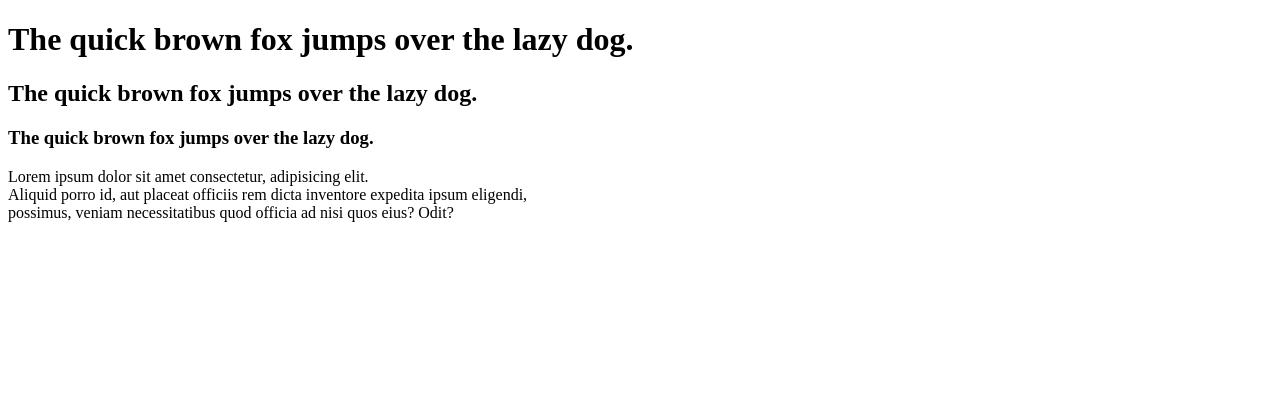
Repository: PhilipMuturi/website
Page: website/index.html
The author's editor kept a copy of each file at every save. The page is drawn from the files as they stood at one save, then again after the next save.
The browser window is 1280 px wide. The pictures show the whole page.

Above is the page before, as saved 2023-11-29 10:42:31.

After the next save:
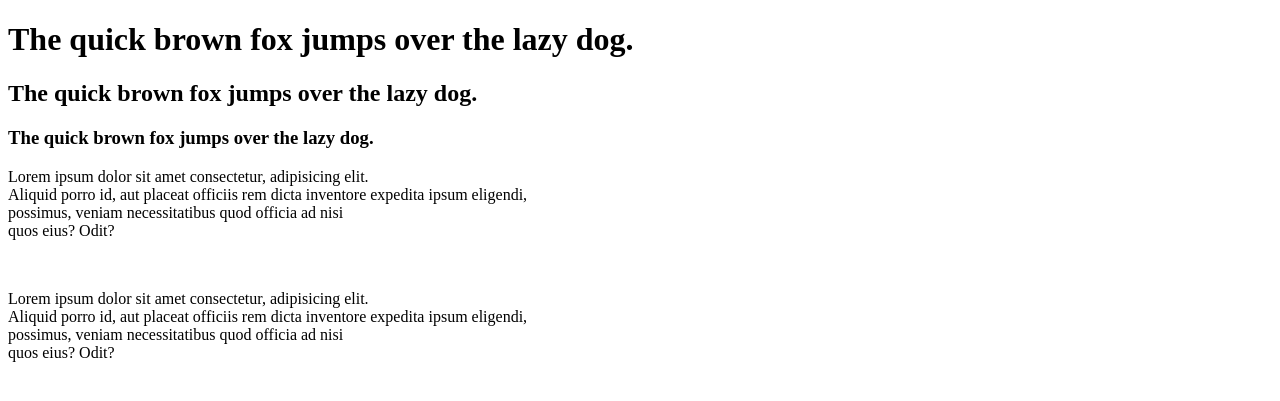
Saved 2 min 27 s later.
--- a/website/index.html
+++ b/website/index.html
@@ -7,6 +7,15 @@
         <h1>The quick brown fox jumps over the lazy dog.</h1>
         <h2>The quick brown fox jumps over the lazy dog.</h2>
         <h3>The quick brown fox jumps over the lazy dog.</h3>
-        <p>Lorem ipsum dolor sit amet consectetur, adipisicing elit.<br>Aliquid porro id, aut placeat officiis rem dicta inventore expedita ipsum eligendi, <br>possimus, veniam necessitatibus quod officia ad nisi quos eius? Odit?</p>
+        <p>Lorem ipsum dolor sit amet consectetur, adipisicing elit.<br>
+            Aliquid porro id, aut placeat officiis rem dicta inventore expedita ipsum eligendi,
+            <br>possimus, veniam necessitatibus quod officia ad nisi
+            <br>quos eius? Odit?</p>
+            <br>
+
+        <p>Lorem ipsum dolor sit amet consectetur, adipisicing elit.<br>
+             Aliquid porro id, aut placeat officiis rem dicta inventore expedita ipsum eligendi,
+             <br>possimus, veniam necessitatibus quod officia ad nisi
+             <br>quos eius? Odit?</p>
     </body>
 </html>
